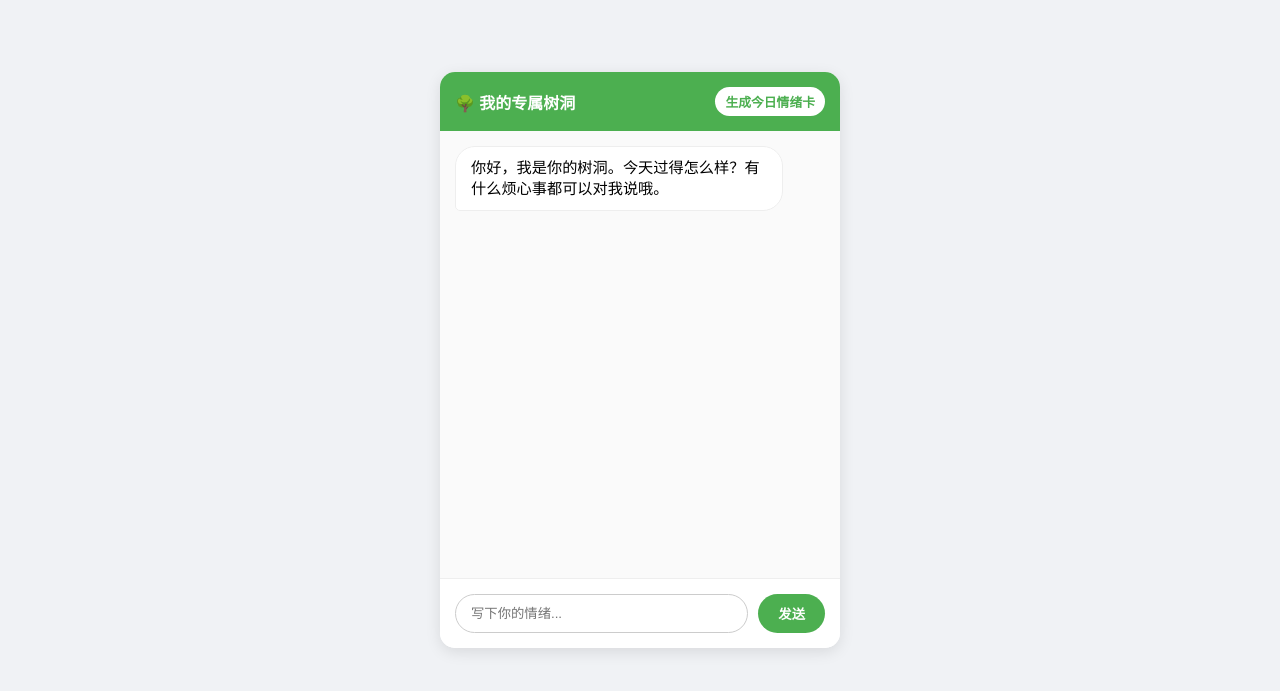
Repository: QinghuaSun1127/Tree_house
Page: index.html
The author's editor kept a copy of each file at every save. The page is drawn from the files as they stood at one save, then again after the next save.
The browser window is 1280 px wide. The pictures show the whole page.

Above is the page before, as saved 2026-04-09 18:55:58.

After the next save:
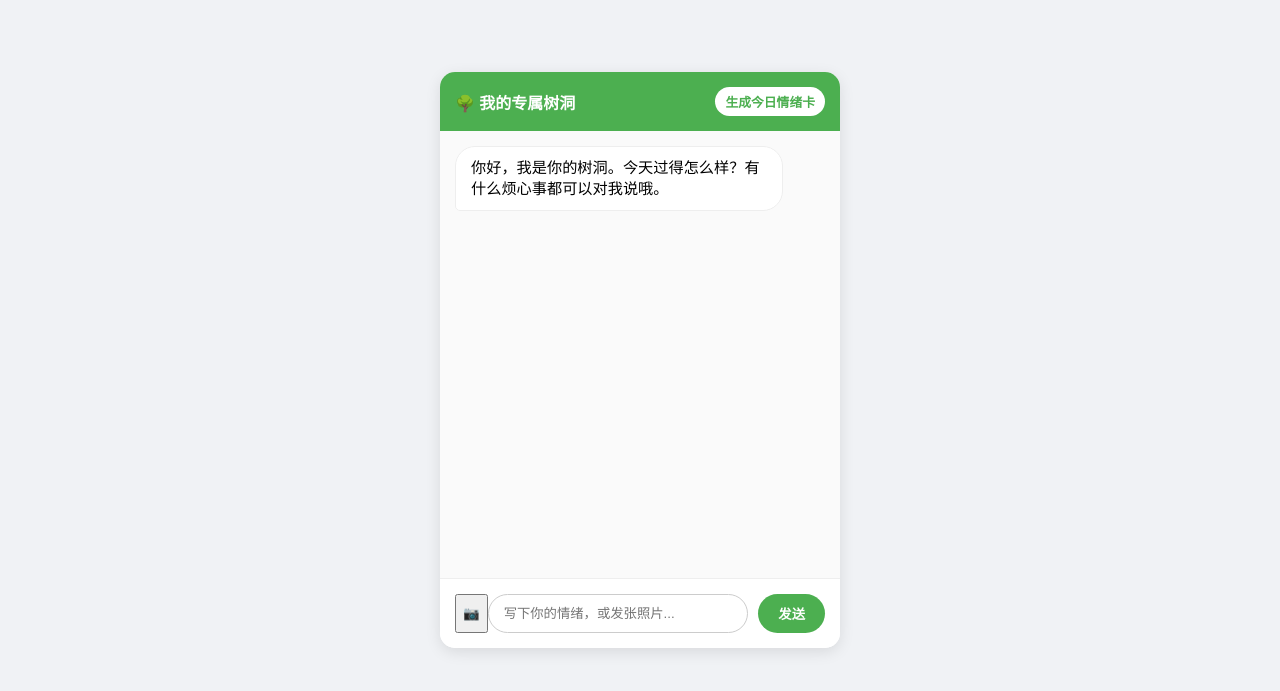
Saved 2 h 6 min later.
--- a/index.html
+++ b/index.html
@@ -134,8 +134,15 @@
             <div class="message ai-message">你好，我是你的树洞。今天过得怎么样？有什么烦心事都可以对我说哦。</div>
         </div>
         <div class="input-area">
-            <input type="text" id="userInput" placeholder="写下你的情绪..." onkeypress="handleKeyPress(event)">
+            <input type="file" id="imageInput" accept="image/*" style="display: none;" onchange="previewImage()">
+            <button class="upload-btn" onclick="document.getElementById('imageInput').click()">📷</button>
+
+            <input type="text" id="userInput" placeholder="写下你的情绪，或发张照片..." onkeypress="handleKeyPress(event)">
             <button class="send-btn" onclick="sendMessage()">发送</button>
+        </div>
+        <div id="imagePreviewContainer" style="display: none; padding: 0 15px 10px; background: white;">
+            <img id="imagePreview" style="max-height: 60px; border-radius: 8px; border: 1px solid #ccc;">
+            <span style="cursor:pointer; color:red; margin-left:10px;" onclick="clearImage()">✖ 取消图片</span>
         </div>
     </div>
 
